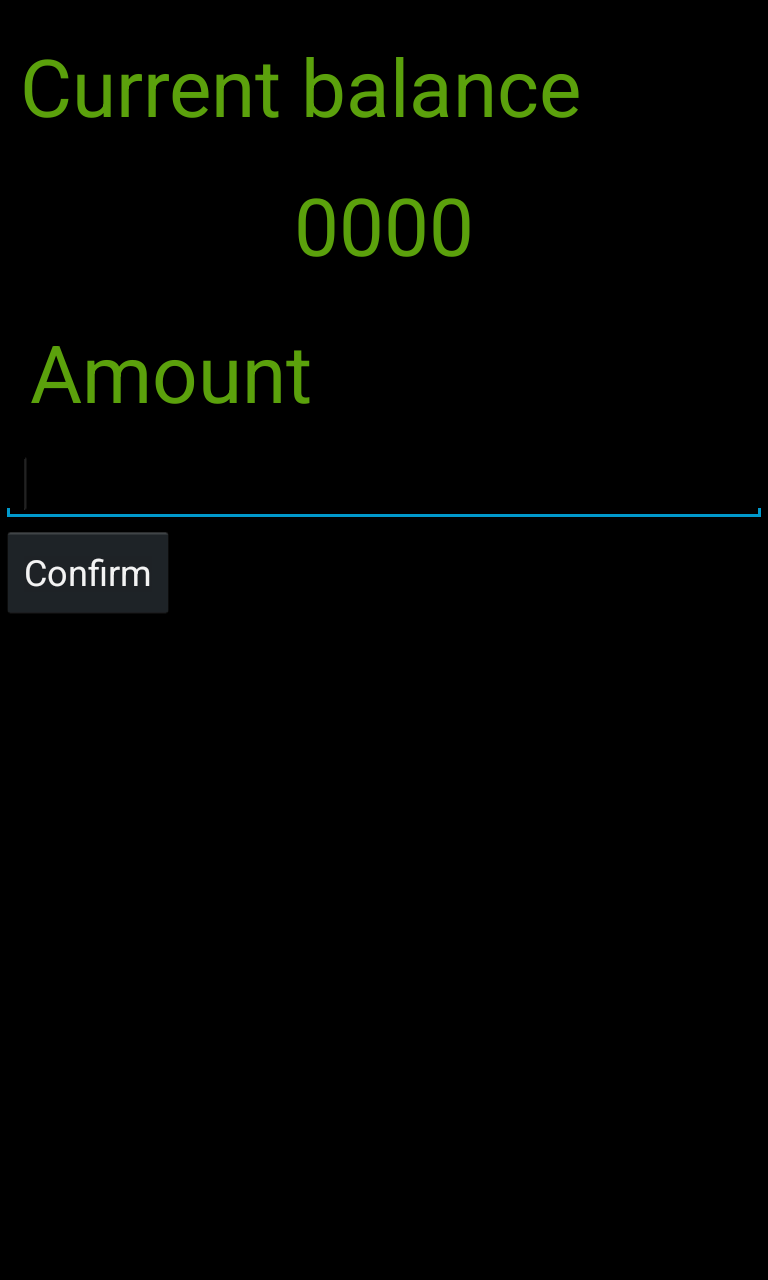
Repository: rrafols/EcoHack
Layout: EcoWalletAndroid/res/layout/payment_layout.xml
These files come from the project's save history. The layout is drawn as it stood at one moment and after the next save; the edit follows.
It is drawn on a 768 x 1280 px phone screen (xhdpi) without system bars, with theme android:Theme.Holo; the app's code is not run.

Above is the layout before, as saved 2014-02-23 05:23:44.

### EcoWalletAndroid/res/layout/payment_layout.xml
<?xml version="1.0" encoding="utf-8"?>
<FrameLayout xmlns:android="http://schemas.android.com/apk/res/android"
    android:layout_width="match_parent"
    android:layout_height="match_parent" >

    <LinearLayout
        android:id="@+id/LayoutPaymentActivity"
        android:layout_width="match_parent"
        android:layout_height="match_parent"
        android:orientation="vertical" >

        <TextView
        android:id="@+id/textView1"
        android:layout_width="wrap_content"
        android:layout_height="wrap_content"
        android:layout_marginLeft="10dp"
        android:layout_marginTop="@dimen/activity_vertical_margin"
        android:layout_marginBottom="16dp"
        android:text="Current balance"
        android:textAppearance="?android:attr/textAppearanceLarge"
        android:textColor="#5BA10C"
        android:textSize="40sp" />

        <TextView
            android:id="@+id/textViewCurrentBalance"
            android:layout_width="match_parent"
            android:layout_height="wrap_content"
            android:textSize="40sp"
            android:textColor="#5BA10C"
            android:gravity="center_horizontal"
            android:text="0000"
            android:textAppearance="?android:attr/textAppearanceLarge" />

        <TextView
        android:id="@+id/textView2"
        android:layout_width="match_parent"
        android:layout_height="wrap_content"
        android:layout_marginLeft="15dp"
        android:layout_marginTop="20dp"
        android:layout_marginBottom="10dp"
        android:text="Amount"
        android:textAppearance="?android:attr/textAppearanceLarge"
        android:textColor="#5BA10C"
        android:textSize="40sp" />

        <EditText
            android:id="@+id/amount2pay"
            android:layout_width="match_parent"
            android:layout_height="wrap_content"
            android:ems="10"
            android:inputType="number" >

            <requestFocus />
        </EditText>

        <Button
            android:id="@+id/confirmaPago"
            android:layout_width="wrap_content"
            android:layout_height="wrap_content"
            android:text="Confirm" />
    </LinearLayout>

    <TextView
        android:id="@+id/FondoQr"
        android:layout_width="match_parent"
        android:layout_height="match_parent"
        android:background="@android:color/white"
        android:visibility="gone"
        android:text="" />

</FrameLayout>

Loaded but not shown: EcoWalletAndroid/res/values/dimens.xml (common file)

After the next save:
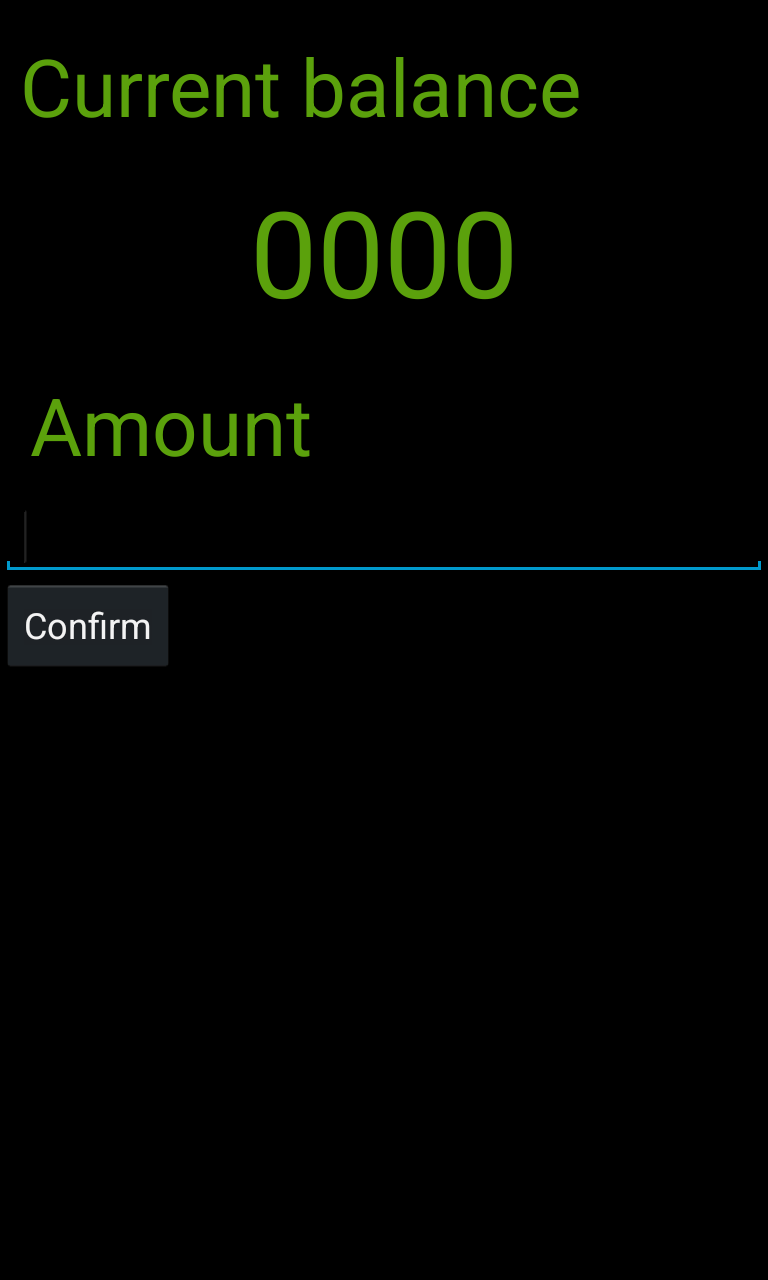
Saved 15 s later.
--- a/EcoWalletAndroid/res/layout/payment_layout.xml
+++ b/EcoWalletAndroid/res/layout/payment_layout.xml
@@ -25,7 +25,7 @@
             android:id="@+id/textViewCurrentBalance"
             android:layout_width="match_parent"
             android:layout_height="wrap_content"
-            android:textSize="40sp"
+            android:textSize="60sp"
             android:textColor="#5BA10C"
             android:gravity="center_horizontal"
             android:text="0000"
